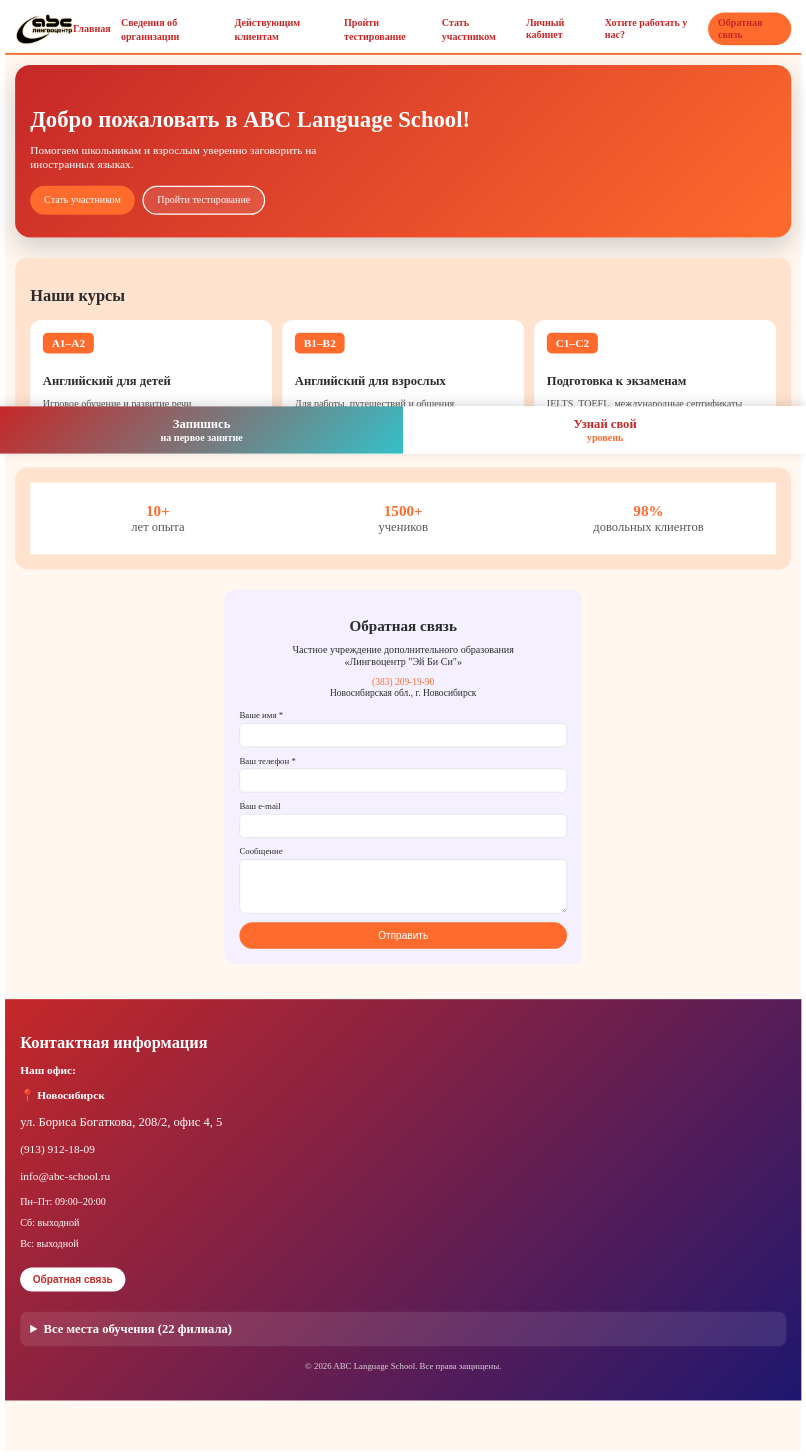
Repository: vidergooold/abc-language-school
Page: / (app in frontend/)
An editor plug-in stored every save of this project. The page is shown before and after a run of saves, followed by the edit.
The browser window is 1280 px wide. The pictures show the whole page, at 63% of full size.
The project was rebuilt for these pictures with package versions that can differ from the ones it lists, and the page was loaded fresh each time. Also part of the build but not shown: frontend/vite.config.ts, frontend/src/components/courses/CoursesFilter.vue, frontend/src/components/courses/CourseCard.vue, frontend/src/components/courses/CoursesGrid.vue, frontend/src/pages/Courses.vue, frontend/src/pages/Login.vue, frontend/src/pages/Register.vue, frontend/src/pages/Enroll.vue and 22 more.

Above is the page before, as saved 2026-01-11 21:48:56.

After the next 2 saves:
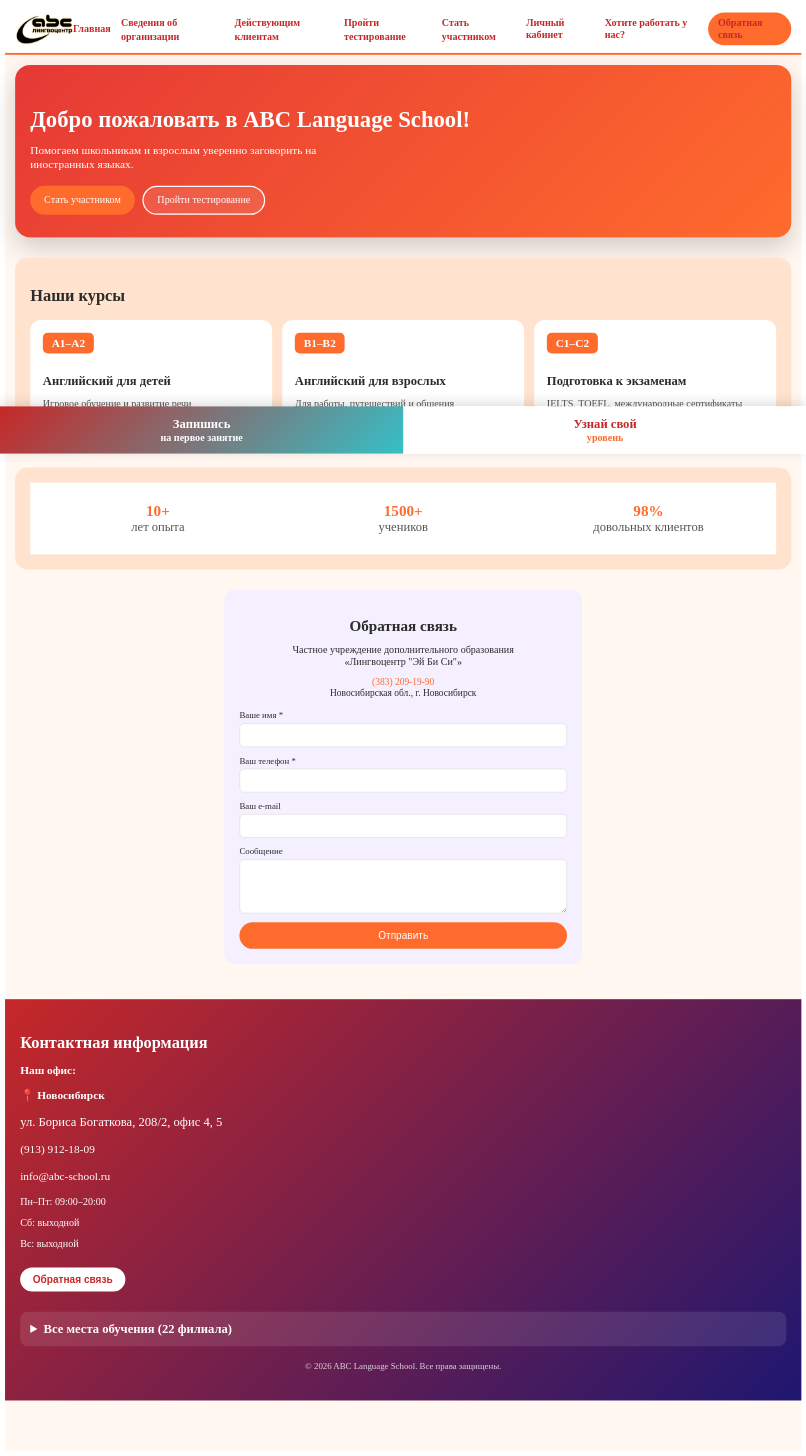
The 2 saves are shown as one change because they came seconds apart.
The last was saved 21 s later.
--- a/frontend/src/pages/Home.vue
+++ b/frontend/src/pages/Home.vue
@@ -55,7 +55,7 @@ import FeedbackForm from '@/components/home/FeedbackForm.vue'
 
 /* Hero */
 .hero {
-  background: linear-gradient(135deg, var(--brand-purple), var(--brand-orange));
+  background: linear-gradient(135deg, var(--brand-red), var(--brand-orange));
   color: #ffffff;
   border-radius: 24px;
   padding: 36px 24px;
